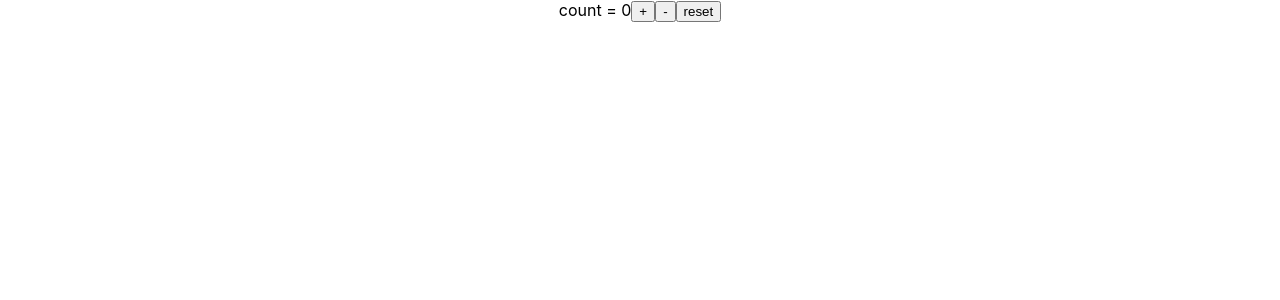
Repository: rihemebh/React-Basics
Page: / (app in react and hooks/)
The author's editor kept a copy of each file at every save. The page is drawn from the files as they stood at one save, then again after the next save.
The browser window is 1280 px wide. The pictures show the whole page.
The project was rebuilt for these pictures with package versions that can differ from the ones it lists, and the page was loaded fresh each time.

Above is the page before, as saved 2021-07-06 15:51:53.

After the next save:
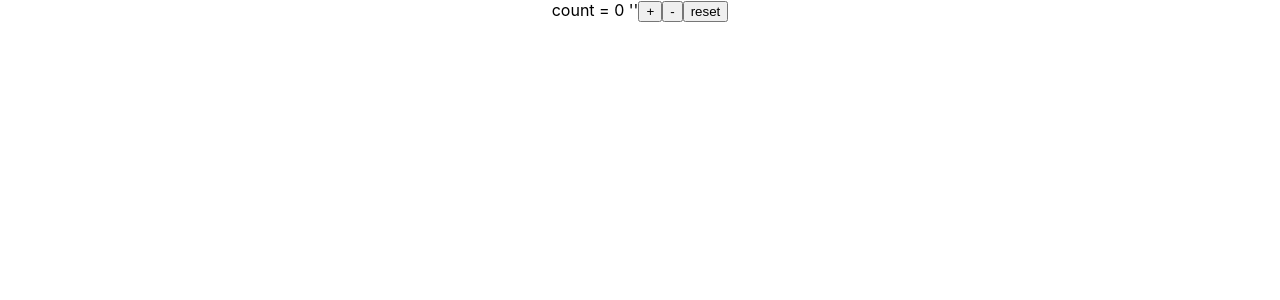
Saved 12 s later.
--- a/react and hooks/src/Components/hooks/useReducer/counter.js
+++ b/react and hooks/src/Components/hooks/useReducer/counter.js
@@ -10,7 +10,7 @@ function CounterOne() {
   const [state, dispatch] = useReducer(reducer, initialState)
   return (
     <div>
-      count = {state}
+      count = {state} ''
       <button onClick={
         ()=> dispatch("increment")
       }>+</button>
